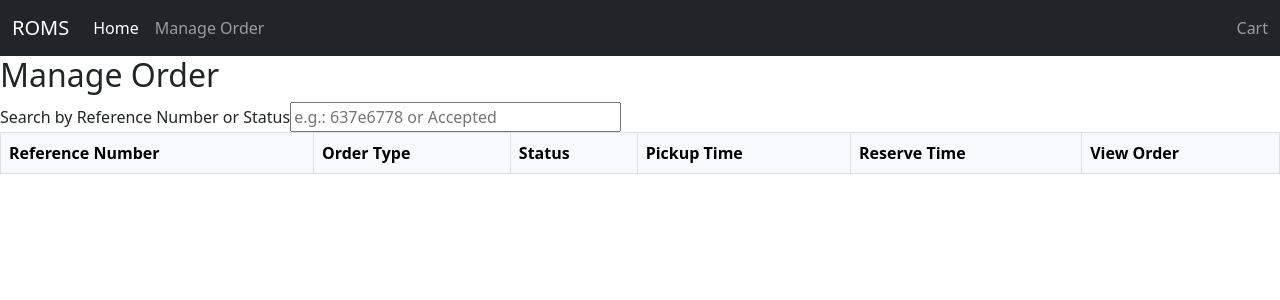
Repository: kayc529/comp231-f22-team4-roms
Page: /manageOrder
These files come from the project's save history. The page is drawn as it stood at one moment and after the next save; the edit follows.
The browser window is 1280 px wide. The pictures show the whole page.
The page's requests for data from a server got no answer. The project was rebuilt for these pictures with package versions that can differ from the ones it lists, and the page was loaded fresh each time. No one was signed in, and anything a server would have sent is missing. Also part of the build but not shown: src/components/ExampleComponent.js, src/components/ExampleBox.js, src/pages/example/ExampleHomePage.js, src/pages/example/ExampleNotFoundPage.js, src/features/cart/cartActions.js, src/pages/Cart.js, src/pages/ViewOrder.js.

Above is the page before, as saved 2022-12-04 23:36:59.

### src/index.js
import React from 'react';
import { createRoot } from 'react-dom/client';
import { Provider } from 'react-redux';
import './index.css';
import store from './store';
import App from './App';
//stylesheet for bootstrap
import 'bootstrap/dist/css/bootstrap.min.css';
import 'bootstrap/dist/js/bootstrap.min.js';

const container = document.getElementById('root');
const root = createRoot(container);

root.render(
  <Provider store={store}>
    <App />
  </Provider>
);

### src/index.css
body {
  margin: 0;
  font-family: -apple-system, BlinkMacSystemFont, 'Segoe UI', 'Roboto', 'Oxygen',
    'Ubuntu', 'Cantarell', 'Fira Sans', 'Droid Sans', 'Helvetica Neue',
    sans-serif;
  -webkit-font-smoothing: antialiased;
  -moz-osx-font-smoothing: grayscale;
  color: black;
}

code {
  font-family: source-code-pro, Menlo, Monaco, Consolas, 'Courier New',
    monospace;
}

/*Cart Page*/
.cartItem {
  display: grid;
  row-gap: 0.5rem;
  padding: 15px 30px;
}

.cartItem .img-thumbnail{
  max-width: 100px;
}

/*STUFF FOR SIGNIN/SIGNUP PORTIONS*/

.signin-form {
  max-width: 30rem;
  margin-top: 3rem;
}

.signin-form input {
  margin-bottom: 2em;
  text-align: center;
}

.signin-form a {
  text-decoration: none;
  color: black;
  font-size: 1.5em;
  border-radius: 4px;
  padding: 10px;
}

.signin-form a:hover {
  transition: .5s ease-in-out;
  font-size: 1.8em;
  color: black;
}

.signup-container {
  margin-top: 3rem;
}

.signup-form {
  max-width: 30rem;
}

.signup-form input {
  text-align: center;
  margin-bottom: 15px;
}

.radio {
  margin-right: 5px;
  margin-left: 20px;
  margin-top: 10px;
}

/*END OF STUFF FOR SIGNIN/SIGNUP PORTIONS*/

### src/store.js
import { configureStore } from '@reduxjs/toolkit';
import exampleReducer from './features/example/exampleSlice';
import cartReducers from './features/cart/cartReducers';
import menuReducer from './features/menu/menuSlice';
import staffReducer from './features/staff/staffSlice';


//YOU MUST PUT THE REDUCER INSIDE THE STORE
//OR ELSE YOU CAN'T DISPATCH THEIR ACTIONS FROM ANY OF THE APP COMPONENTS
const store = configureStore({
  reducer: {
    example: exampleReducer,
    cart: cartReducers,
    menu: menuReducer,
    staff: staffReducer
  },
});

export default store;

### src/App.js
import { Routes, Route, BrowserRouter } from 'react-router-dom';
import ExampleHomePage from './pages/example/ExampleHomePage';
import ExampleNotFoundPage from './pages/example/ExampleNotFoundPage';
import Menu from './components/Menu';
import CartPage from './pages/Cart';
import ManageOrderPage from './pages/ManageOrder';
import ViewOrderPage from './pages/ViewOrder';

function App() {
  return (
    <>
      <BrowserRouter>
        <Routes>
          <Route path='/' element={<Menu />}>
            <Route index element={<ExampleHomePage />} />
            <Route path='cart' element={<CartPage />} />
            <Route path='manageOrder' element={<ManageOrderPage/>} />
            <Route path='viewOrder/:id' element={<ViewOrderPage/>} />
            {/* add page here if you want the shared layout*/}
          </Route>
          {/* add page here if you don't want the shared layout*/}

          {/* !!not found page must be placed at the very end!!*/}
          <Route path='*' element={<ExampleNotFoundPage />} />
        </Routes>
      </BrowserRouter>
    </>
  );
}

export default App;

### src/features/example/exampleSlice.js
import { createSlice, createAsyncThunk } from '@reduxjs/toolkit';
import { getUniversityListThunk } from './exampleThunk';

//slice is similar to a feature of the app
//data manipulations that are related to the feature are placed together

//--CREATE INITIAL STATE OF THE SLICE
const initialState = {
  exampleList: [],
  isLoading: false,
  isSwitchOn: false,
};

//--DECLARE AN ACTION
//an async action requires an async thunk(aka middleware)
export const getUniversityList = createAsyncThunk(
  'example/getUniversityList',
  async (countryName, thunkAPI) => {
    return getUniversityListThunk(
      `http://universities.hipolabs.com/search?country=${countryName}`,
      thunkAPI
    );
  }
);

//--CREATE SLICE
const exampleSlice = createSlice({
  name: 'example',
  initialState,
  //reducers are for actions that do not require calling API
  //--DECLARE REDUCER
  reducers: {
    toggleSwitch: (state) => {
      state.isSwitchOn = !state.isSwitchOn;
    },
  },
  //extra reducers are for actions that require calling API (or some other async functions)
  //you can change the value of the states at differnt status of the action i.e. pending, fulfilled, rejected
  //--DECLARE EXTRA REDUCER
  extraReducers: {
    [getUniversityList.pending]: (state) => {
      state.isLoading = true;
    },
    [getUniversityList.fulfilled]: (state, { payload }) => {
      //payload is the data
      //you may have to deconstruct the object depending on the structure of the returned object from the API
      //i.e. const { someFieldName } = payload <-this is called object deconstruction
      //in this example, the API directly returns the list we want so no deconstruction is needed
      state.exampleList = payload.slice(0, 10); //limit to 10 universities only for demo purpose
      state.isLoading = false;
      //you can also dispatch another action here after this action is fulfilled
    },
    [getUniversityList.rejected]: (state) => {
      state.isLoading = false;
      //you can do some error handling here
    },
  },
});

//you have to export both the reducers' actions and the extraReducers
//so that they can be put in the store
//and can be dispatched from other components
export const { toggleSwitch } = exampleSlice.actions;
export default exampleSlice.reducer;

//REMEBER TO PUT THE REDUCER IN THE STORE /src/store.js

### src/features/cart/cartReducers.js
import { ADD_TO_CART, DELETE_FROM_CART } from './cartConstants'

let initialCart = {
	cart: [],
};

if (localStorage.getItem('cart')) {
	initialCart.cart = JSON.parse(localStorage.getItem('cart'));
} else {
	initialCart.cart = [];
}

const cartReducers = (state = initialCart, action) => {
	switch (action.type) {
		case ADD_TO_CART:
		case DELETE_FROM_CART:
			return {
				cart: [...action.payload],
			};
		default:
			return state;
	}
};

export default cartReducers;

### src/features/menu/menuSlice.js
import { createSlice, createAsyncThunk } from '@reduxjs/toolkit';
import {
  getAllMenuItemsThunk,
  getMenuItemThunk,
  addMenuItemThunk,
  editMenuItemThunk,
  deleteMenuItemThunk,
  uploadMenuItemImageThunk,
} from './menuThunk';

const initialState = {
  menuItemList: [],
  menuItem: {},
  isLoading: false,
  errorMsg: '',
};

export const getAllMenuItems = createAsyncThunk(
  'menu/getAllMenuItems',
  async (_, thunkAPI) => {
    return getAllMenuItemsThunk('/menu', thunkAPI);
  }
);

export const getMenuItem = createAsyncThunk(
  'menu/getMenuItem',
  async (menuItemId, thunkAPI) => {
    return getMenuItemThunk(`/menu/${menuItemId}`, thunkAPI);
  }
);

export const addMenuItem = createAsyncThunk(
  'menu/addMenuItem',
  async (menuItemToAdd, thunkAPI) => {
    return addMenuItemThunk('/menu', menuItemToAdd, thunkAPI);
  }
);

export const editMenuItem = createAsyncThunk(
  'menu/editMenuItem',
  async (menuItemToEdit, thunkAPI) => {
    return editMenuItemThunk(
      `/menu/${menuItemToEdit._id}`,
      menuItemToEdit,
      thunkAPI
    );
  }
);

export const deleteMenuItem = createAsyncThunk(
  'menu/deleteMenuItem',
  async (menuItemId, thunkAPI) => {
    return deleteMenuItemThunk(`/menu/${menuItemId}`, thunkAPI);
  }
);

export const uploadMenuItemImage = createAsyncThunk(
  'menu/uploadMenuItemImage',
  async (menuItemId, imageData, thunkAPI) => {
    return uploadMenuItemImageThunk(
      `/menu/upload-image/${menuItemId}`,
      imageData,
      thunkAPI
    );
  }
);

const menuSlice = createSlice({
  name: 'menu',
  initialState,
  reducer: {},
  extraReducers: {
    //GET ALL MENU ITEMS
    [getAllMenuItems.pending]: (state) => {
      state.isLoading = true;
    },
    [getAllMenuItems.fulfilled]: (state, { payload }) => {
      const { menuItems } = payload;
      state.isLoading = false;
      state.menuItemList = menuItems;
    },
    [getAllMenuItems.rejected]: (state) => {
      state.isLoading = false;
    },
    //GET SINGLE MENU ITEM
    [getMenuItem.pending]: (state) => {
      state.isLoading = true;
      state.menuItem = {};
    },
    [getMenuItem.fulfilled]: (state, { payload }) => {
      const { menuItem } = payload;
      state.isLoading = false;
      state.menuItem = menuItem;
    },
    [getMenuItem.rejected]: (state) => {
      state.isLoading = false;
    },
    //ADD MENU ITEM
    [addMenuItem.pending]: (state) => {
      state.isLoading = true;
    },
    [addMenuItem.fulfilled]: (state, { payload }) => {
      state.isLoading = false;
      //the api will return the newly added menu item
      //you can add it to the state if needed
    },
    [addMenuItem.rejected]: (state) => {
      state.isLoading = false;
    },
    //EDIT MENU ITEM
    [editMenuItem.pending]: (state) => {
      state.isLoading = true;
    },
    [editMenuItem.fulfilled]: (state, { payload }) => {
      state.isLoading = false;
      //the api will return the updated menu item
      //you can add it to the state if needed
    },
    [editMenuItem.rejected]: (state) => {
      state.isLoading = false;
    },
    //DELETE MENU ITEM
    [deleteMenuItem.pending]: (state) => {
      state.isLoading = true;
    },
    [deleteMenuItem.fulfilled]: (state) => {
      state.isLoading = false;
    },
    [deleteMenuItem.rejected]: (state) => {
      state.isLoading = false;
    },
    //UPLOAD MENU ITEM IMAGE
    [uploadMenuItemImage.pending]: (state) => {
      state.isLoading = true;
    },
    [uploadMenuItemImage.fulfilled]: (state) => {
      state.isLoading = false;
    },
    [uploadMenuItemImage.rejected]: (state) => {
      state.isLoading = false;
    },
  },
});

export default menuSlice.reducer;

### src/features/staff/staffSlice.js
import { createSlice, createAsyncThunk } from '@reduxjs/toolkit';
import {
  getAllStaffsThunk,
  getStaffThunk,
  editStaffThunk,
  deleteStaffThunk,
} from './staffThunk';

const initialState = {
  staffsList: [],
  staff: {},
  isLoading: false,
  errorMsg: '',
};

export const getAllStaffs = createAsyncThunk(
  'staffs/getAllStaffs',
  async (_, thunkAPI) => {
    return getAllStaffsThunk('/staffs', thunkAPI);
  }
);

export const getStaff = createAsyncThunk(
  'staffs/getStaff',
  async (staffId, thunkAPI) => {
    return getStaffThunk(`/staffs/edit/${staffId}`, thunkAPI);
  }
);

export const editStaff = createAsyncThunk(
  'staffs/editStaff',
  async (updatedStaff, thunkAPI) => {
    return editStaffThunk(
      `/staffs/edit/${updatedStaff.id}`,
      updatedStaff,
      thunkAPI
    );
  }
);

export const deleteStaff = createAsyncThunk(
  'staffs/deleteStaff',
  async (staffId, thunkAPI) => {
    return deleteStaffThunk(`/staffs/delete/${staffId}`, thunkAPI);
  }
);

const staffSlice = createSlice({
  name: 'staff',
  initialState,
  reducer: {},
  extraReducers: {
    //GET ALL STAFFS
    [getAllStaffs.pending]: (state) => {
      state.isLoading = true;
    },
    [getAllStaffs.fulfilled]: (state, { payload }) => {
      const { staffs } = payload;
      state.isLoading = false;
      state.staffsList = staffs;
    },
    [getAllStaffs.rejected]: (state) => {
      state.isLoading = false;
    },
    //GET SINGLE STAFF
    [getStaff.pending]: (state) => {
      state.isLoading = true;
      state.staff = {};
    },
    [getStaff.fulfilled]: (state, { payload }) => {
      const { staff } = payload;
      state.isLoading = false;
      state.staff = staff;
    },
    [getStaff.rejected]: (state) => {
      state.isLoading = false;
    },

    //EDIT STAFF
    [editStaff.pending]: (state) => {
      state.isLoading = true;
    },
    [editStaff.fulfilled]: (state, { payload }) => {
      state.isLoading = false;
    },
    [editStaff.rejected]: (state) => {
      state.isLoading = false;
    },
    //DELETE STAFF
    [deleteStaff.pending]: (state) => {
      state.isLoading = true;
    },
    [deleteStaff.fulfilled]: (state) => {
      state.isLoading = false;
    },
    [deleteStaff.rejected]: (state) => {
      state.isLoading = false;
    },
  },
});

export default staffSlice.reducer;

### src/components/Menu.js
import { Outlet } from 'react-router-dom';

const Menu = () => {
  return (
    <>
      <header>
        <nav className="navbar navbar-expand-lg bg-dark navbar-dark">
          <div className="container-fluid">
            <a className="navbar-brand" href="/">ROMS</a>
            <button className="navbar-toggler" type="button" data-bs-toggle="collapse" data-bs-target="#navbarNavDropdown">
              <span className="navbar-toggler-icon"></span>
            </button>
            <div className="collapse navbar-collapse" id="navbarNavDropdown">
              <ul className="navbar-nav">
                <li className="nav-item">
                  <a className="nav-link active" href="/">Home</a>
                </li>
                <li>
                  <a className="nav-item nav-link navbar-text" href="/ManageOrder"> Manage Order</a>
                  </li>
              </ul>
            </div>
            <a className="nav-item nav-link navbar-text" href="/cart">Cart</a>
          </div>
        </nav>
      </header>
      <main>
        <Outlet />
      </main>
      <footer></footer>
    </>
  );
};

export default Menu;

### src/pages/ManageOrder.js
import React, {useState, useEffect} from 'react';
import BootstrapSwitchButton from 'bootstrap-switch-button-react';
import ToogleButton from 'react-toggle-button';
import {Button, Table} from 'react-bootstrap';
import axios from '../utils/orderFetch';
import ViewOrder from './ViewOrder';
import { Link } from "react-router-dom";

const ManageOrder =()=>{
    const [orderData, setOrderData] = useState([]);
    // const orderStatus = Object.keys(orderData).map(function (key){
    //     return orderData[key].status});
    // const [orderState, setOrderState] = useState(orderStatus);
    const [searchKeyword, setSearchKeyword] = useState("");

    useEffect(()=>{
        const fetchData = async () =>{
            const result = await axios.get('/api/v1/orders/')
            const resultData = result.data.orders
            setOrderData(resultData)
        }
        fetchData();
    }, []);

    return (
        <div className='control-main'>

            <h2>Manage Order</h2>

            <label> Search by Reference Number or Status </label>
                <input className="txtSearch" placeholder='e.g.: 637e6778 or Accepted'
                type="text"
                size={30}
                onChange={(e) =>{setSearchKeyword(e.target.value)}}
            />


            <Table striped bordered hover variant="light">
                <thead>
                    <tr>
                        <th>Reference Number</th>
                        <th>Order Type</th>
                        <th>Status</th>
                        <th>Pickup Time</th>
                        <th>Reserve Time</th>
                        <th>View Order</th>
                    </tr>
                </thead>

                <tbody>
                {orderData.filter((order) => {
                    if (searchKeyword.length ===0){
                        return order;
                    }

                    else if (order.referenceNumber == searchKeyword || order.status == searchKeyword.toUpperCase()){
                        return order;
                    }
                    }).map((order, i) => (
                    <tr key={i}>

                        <td >{order.referenceNumber}
                        </td>
                        {order.orderType == "TAKE_OUT"? <td>Take Out</td>: <td>Dine In</td>}
                        <td >{order.status}
                        </td>
                        <td >{order.pickupTime}
                        </td>
                        <td >{order.reserveTime}
                        </td>
                        <td>
                            <Link to={`../ViewOrder/${order._id}`}>
                                <Button size="sm">View </Button>
                            </Link>
                        </td>
                    </tr>
                ))}
                </tbody>
            </Table>


        </div>

    );


};

export default ManageOrder;

### src/features/example/exampleThunk.js
import customFetch from '../../utils/customFetch';

//thunks are separated into different file for cleaner codes
//of course you can put these codes inside the action in the slice file
//but it is a good practice to separate the codes
export const getUniversityListThunk = async (url, thunkAPI) => {
  //must use try catch block when calling API!!
  try {
    const res = await customFetch.get(url);
    //you can always check out the structure of the returned object by logging
    console.log(res.data);
    //you can do something here
    //thunkAPI allows you to dispatch another action
    //e.g. thunkAPI.dispatch(someOtherAction());
    return res.data;
  } catch (error) {
    //you can do error handling here
    //thunkAPI allows you to dispatch another action
    //e.g. thunkAPI.dispatch(someErrorHandlingAction());
    return thunkAPI.rejectWithValue(error.response.data.msg);
  }
};

### src/features/cart/cartConstants.js
export const ADD_TO_CART = 'ADD_TO_CART';
export const DELETE_FROM_CART = 'DELETE_FROM_CART';

### src/features/menu/menuThunk.js
import customFetch from '../../utils/customFetch';

export const getAllMenuItemsThunk = async (url, thunkAPI) => {
  try {
    const res = await customFetch.get(url);
    console.log(res.data);
    return res.data;
  } catch (error) {
    return thunkAPI.rejectWithValue(error.response.data.msg);
  }
};

export const getMenuItemThunk = async (url, thunkAPI) => {
  try {
    const res = await customFetch.get(url);
    console.log(res.data);
    return res.data;
  } catch (error) {
    return thunkAPI.rejectWithValue(error.response.data.msg);
  }
};

export const addMenuItemThunk = async (url, newMenuItem, thunkAPI) => {
  try {
    const res = await customFetch.post(url, newMenuItem);
    console.log(res.data);
    return res.data;
  } catch (error) {
    return thunkAPI.rejectWithValue(error.response.data.msg);
  }
};

export const editMenuItemThunk = async (url, updatedMenuItem, thunkAPI) => {
  try {
    const res = await customFetch.patch(url, updatedMenuItem);
    console.log(res.data);
    return res.data;
  } catch (error) {
    return thunkAPI.rejectWithValue(error.response.data.msg);
  }
};

export const deleteMenuItemThunk = async (url, thunkAPI) => {
  try {
    const res = await customFetch.delete(url);
    console.log(res.data);
    return res.data;
  } catch (error) {
    return thunkAPI.rejectWithValue(error.response.data.msg);
  }
};

export const uploadMenuItemImageThunk = async (url, imageData, thunkAPI) => {
  try {
    const res = await customFetch.post(url, imageData);
    console.log(res.data);
    return res.data;
  } catch (error) {
    return thunkAPI.rejectWithValue(error.response.data.msg);
  }
};

### src/features/staff/staffThunk.js
import customFetch from '../../utils/customFetch';

export const getAllStaffsThunk = async (url, thunkAPI) => {
  try {
    const res = await customFetch.get(url);
    console.log(res.data);
    return res.data;
  } catch (error) {
    return thunkAPI.rejectWithValue(error.response.data.msg);
  }
};

export const getStaffThunk = async (url, thunkAPI) => {
  try {
    const res = await customFetch.get(url);
    console.log(res.data);
    return res.data;
  } catch (error) {
    return thunkAPI.rejectWithValue(error.response.data.msg);
  }
};

export const editStaffThunk = async (url, updatedStaff, thunkAPI) => {
  try {
    const res = await customFetch.patch(url, updatedStaff);
    console.log(res.data);
    return res.data;
  } catch (error) {
    return thunkAPI.rejectWithValue(error.response.data.msg);
  }
};

export const deleteStaffThunk = async (url, thunkAPI) => {
  try {
    const res = await customFetch.delete(url);
    console.log(res.data);
    return res.data;
  } catch (error) {
    return thunkAPI.rejectWithValue(error.response.data.msg);
  }
};

### src/utils/orderFetch.js
import axios from 'axios';

const getBaseUrl = () => {
  //will use the url of the backend later
  return '';
};

const orderFetch = axios.create({
  baseURL: 'http://localhost:4000/',
  headers: "application/json"
});

//orderFetch.get('/api/v1/orders')

export default orderFetch;

### src/utils/customFetch.js
import axios from 'axios';

const getBaseUrl = () => {
  //will use the url of the backend later
  return '';
};

const customFetch = axios.create({
  baseURL: getBaseUrl(),
});

export default customFetch;

After the next save:
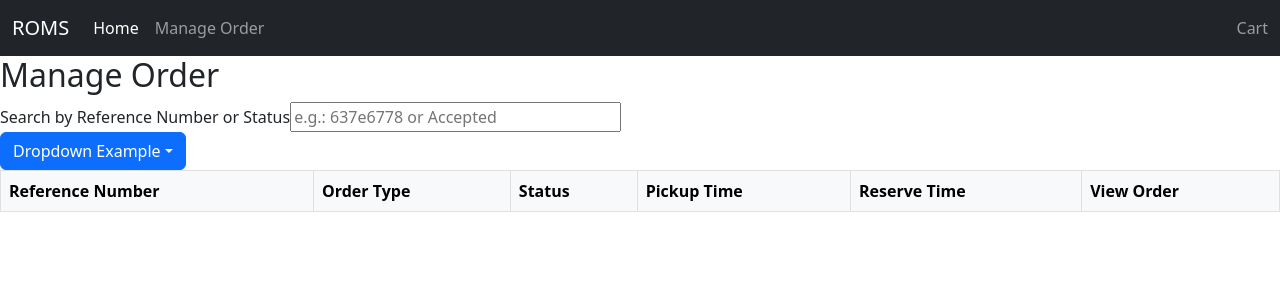
Saved 40 s later.
--- a/src/pages/ManageOrder.js
+++ b/src/pages/ManageOrder.js
@@ -33,6 +33,17 @@ const ManageOrder =()=>{
                 size={30}
                 onChange={(e) =>{setSearchKeyword(e.target.value)}}
             />
+             <div class="dropdown">
+    <button class="btn btn-primary dropdown-toggle" id="menu1" type="button" data-toggle="dropdown">Dropdown Example
+    <span class="caret"></span></button>
+    <ul class="dropdown-menu" role="menu" aria-labelledby="menu1">
+      <li role="presentation"><a role="menuitem" tabindex="-1" href="#">HTML</a></li>
+      <li role="presentation"><a role="menuitem" tabindex="-1" href="#">CSS</a></li>
+      <li role="presentation"><a role="menuitem" tabindex="-1" href="#">JavaScript</a></li>
+      <li role="presentation" class="divider"></li>
+      <li role="presentation"><a role="menuitem" tabindex="-1" href="#">About Us</a></li>
+    </ul>
+  </div>
 
 
             <Table striped bordered hover variant="light">
